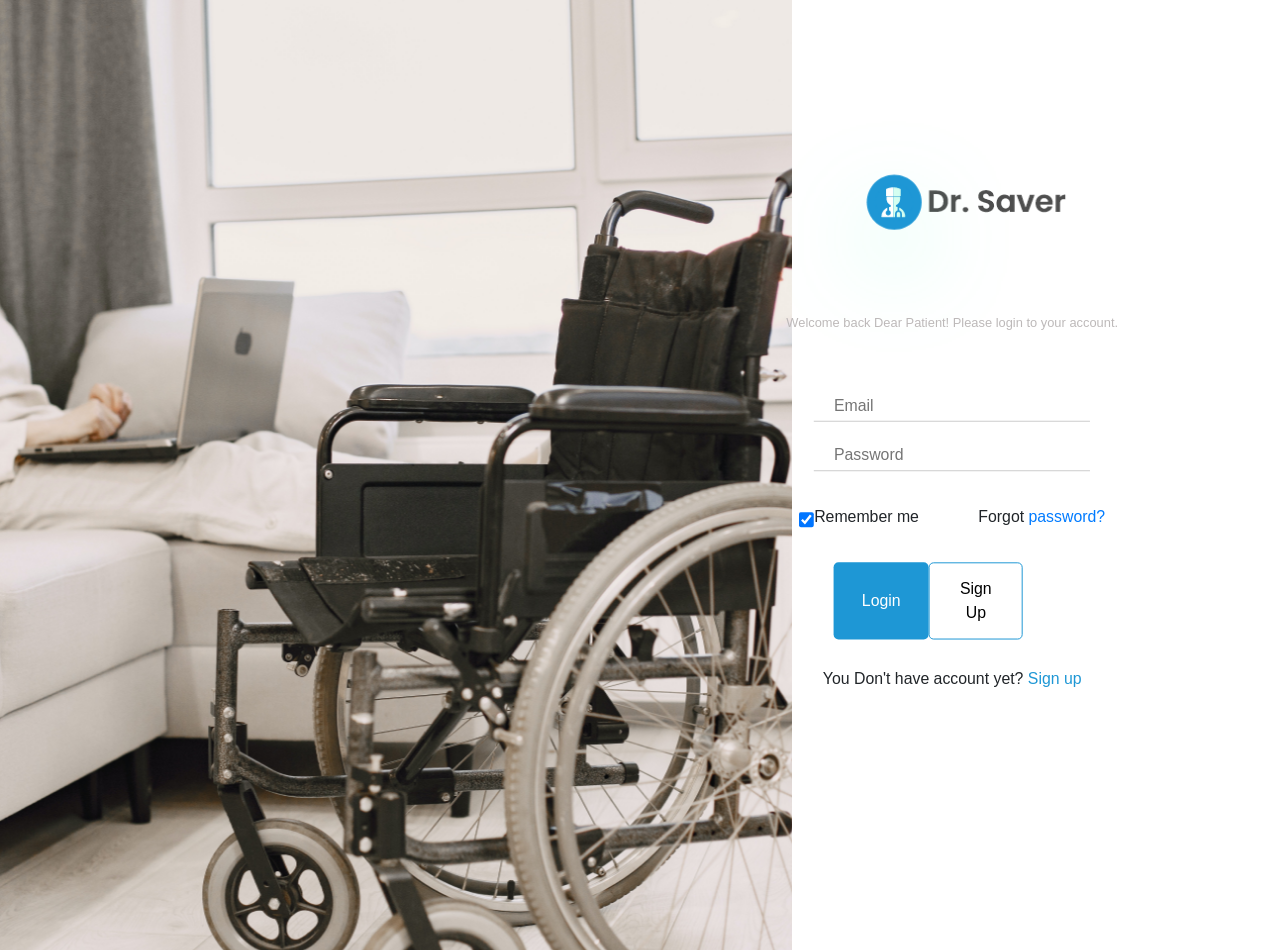
Repository: nsra/hadeel_doctor_system
Page: patient/Plogin.html
The author's editor kept a copy of each file at every save. The page is drawn from the files as they stood at one save, then again after the next save.
The browser window is 1280 px wide. The page is 1295 px wide, so the pictures cover 1295 px, including what lies to the right of the window. The pictures show the whole page, at 99% of full size.
Some web fonts or font styles are not loaded; a fallback is used. Some web libraries are served in a nearby version.

Above is the page before, as saved 2022-03-29 17:03:43.

After the next save:
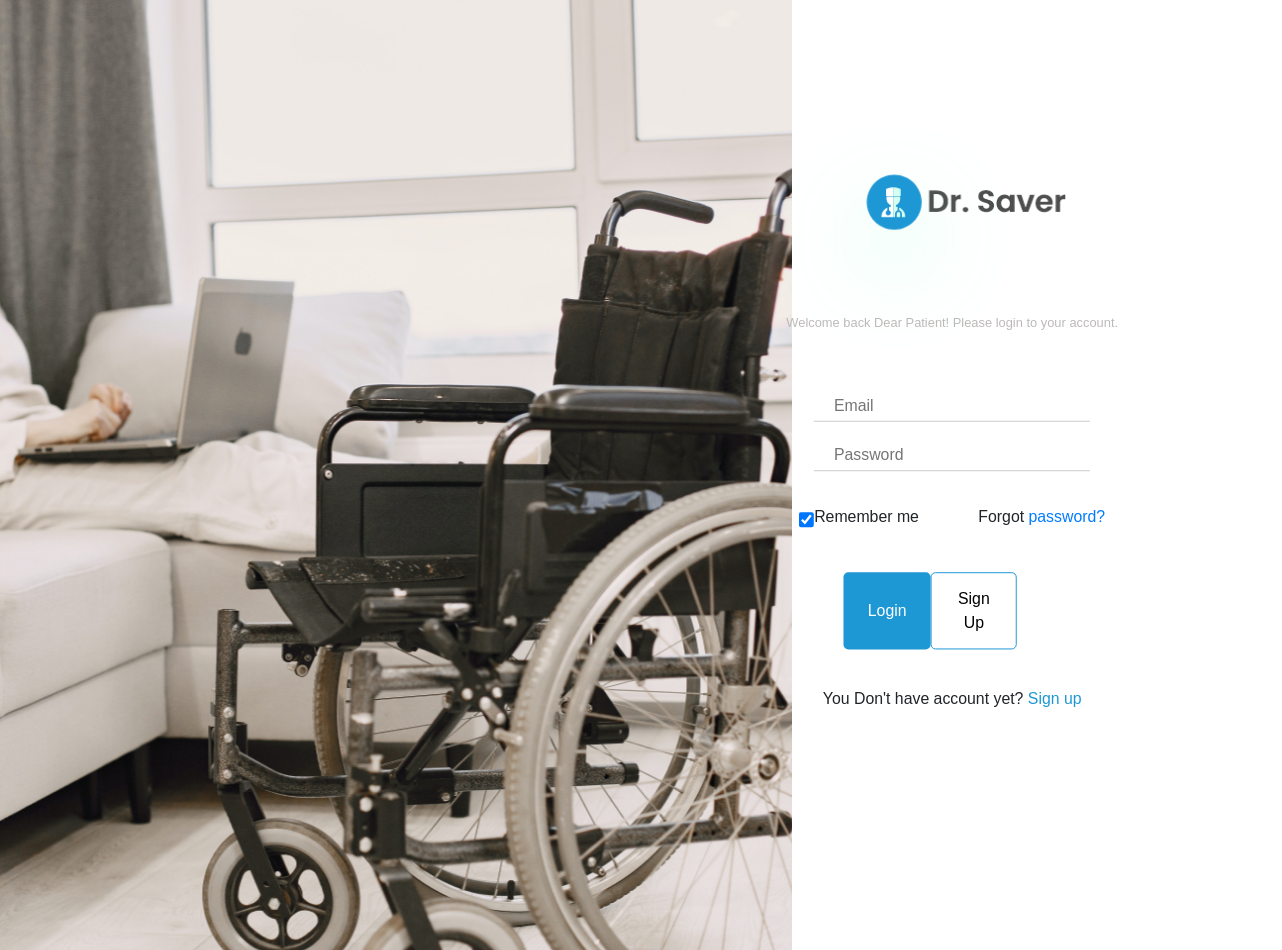
Saved 12 s later.
--- a/patient/Plogin.html
+++ b/patient/Plogin.html
@@ -39,7 +39,7 @@
               <span class="psw">Forgot <a href="#">password?</a></span>
             </div>
 
-    <div class="row"  style=" margin: 20px;">
+    <div class="row"  style=" margin: 30px;">
         <button type="button" onclick="document.getElementById('id01').style.display='none'"  >Login</button>
         <button type="button" onclick="document.getElementById('id02').style.display='none'" class="signbtn">Sign Up</button>
       </div>
